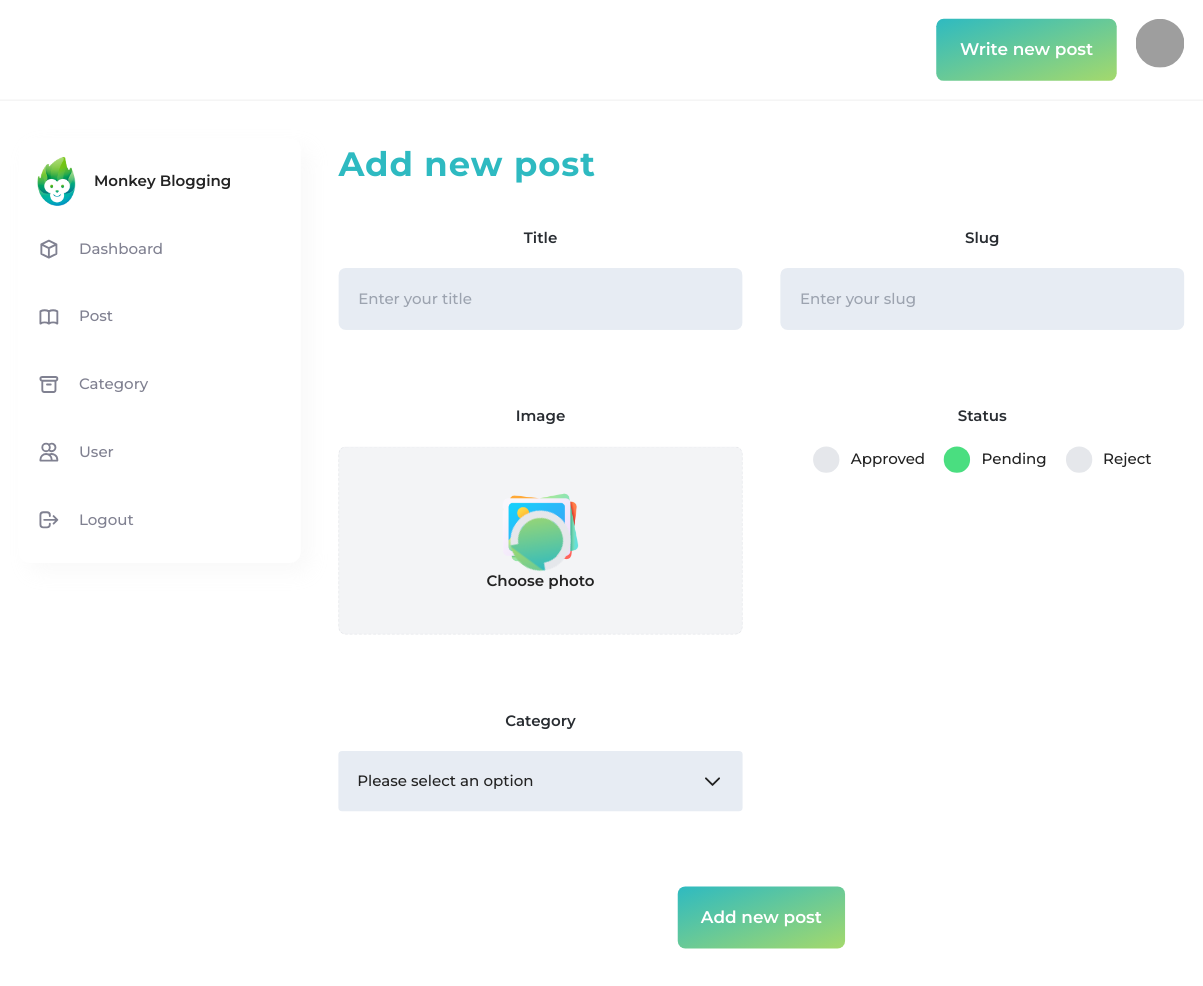
Repository: ThanhPhongsof/react-course-projects
Page: /manage/add-post (app in react-monkey-bloging/)
The author's editor kept a copy of each file at every save. The page is drawn from the files as they stood at one save, then again after the next save.
The browser window is 1280 px wide. The pictures show the whole page, at 94% of full size.
Pictures or frames that could not be fetched are drawn as grey boxes. The project was rebuilt for these pictures with package versions that can differ from the ones it lists, and the page was loaded fresh each time. Also part of the build but not shown: react-monkey-bloging/src/page/AuthenticationPage.js, react-monkey-bloging/src/components/icon/IconEyeOpen.js, react-monkey-bloging/src/components/icon/IconEyeClose.js, react-monkey-bloging/src/components/icon/index.js, react-monkey-bloging/src/components/input/InputPasswordToggle.js, react-monkey-bloging/src/page/SignUpPage.js, react-monkey-bloging/src/page/SignInPage.js, react-monkey-bloging/src/components/layout/Header.js and 21 more. Imported but missing from the stored project, and not drawn on this page: react-monkey-bloging/src/components/loading/LoadingSpinner, react-monkey-bloging/src/module/post/PostMeta.

Above is the page before, as saved 2022-05-09 15:15:51.

After the next save:
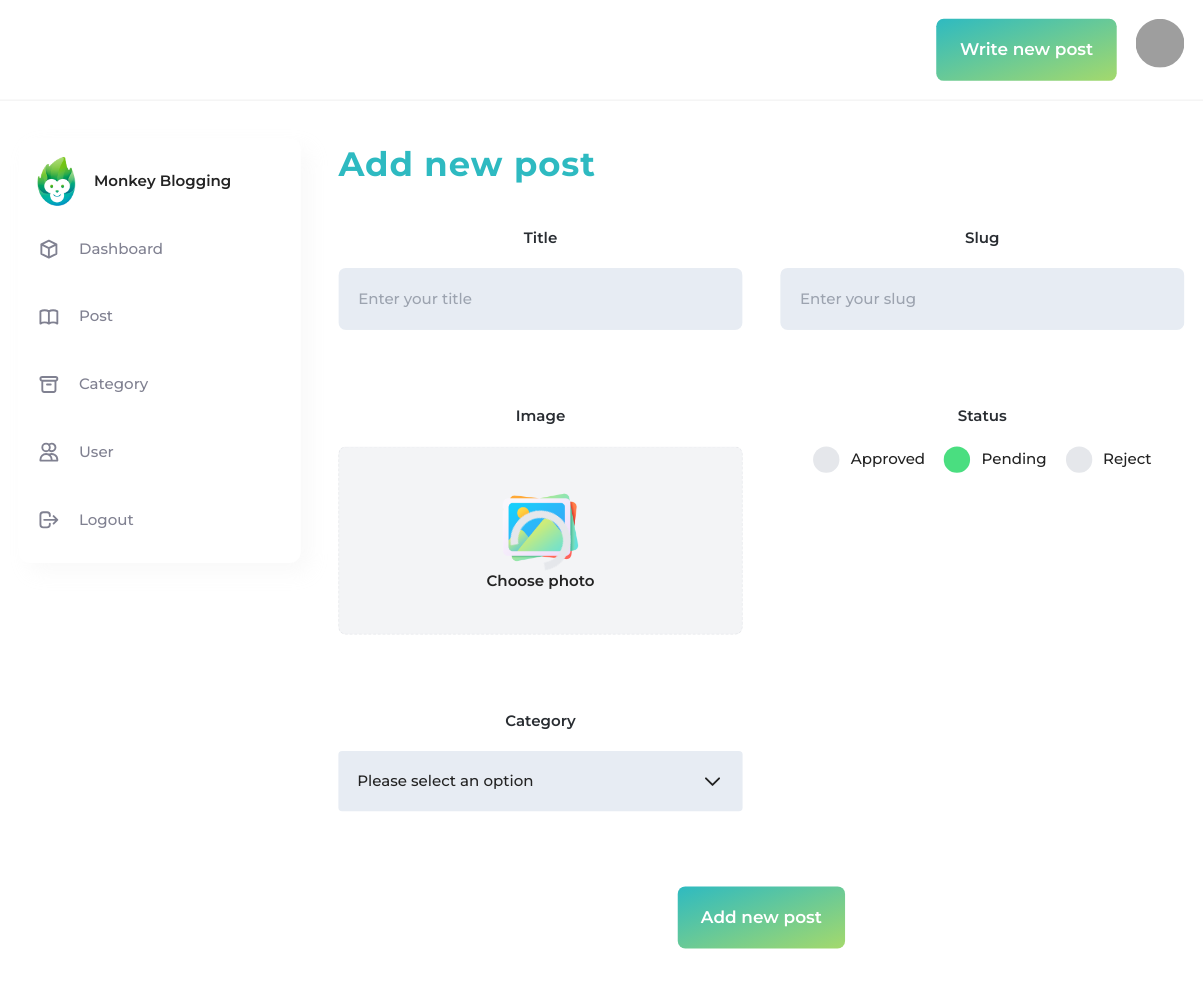
Saved 31 s later.
--- a/react-monkey-bloging/src/components/image/ImageUpload.js
+++ b/react-monkey-bloging/src/components/image/ImageUpload.js
@@ -54,7 +54,7 @@
       height: 64px;
       border-width: 8px;
       /* border-color: rgb(34, 197, 94); */
-      background-image: linear-gradient(
+      border-color: linear-gradient(
         to right bottom,
         ${(props) => props.theme.primary},
         ${(props) => props.theme.secondary}

After the 2 saves that followed:
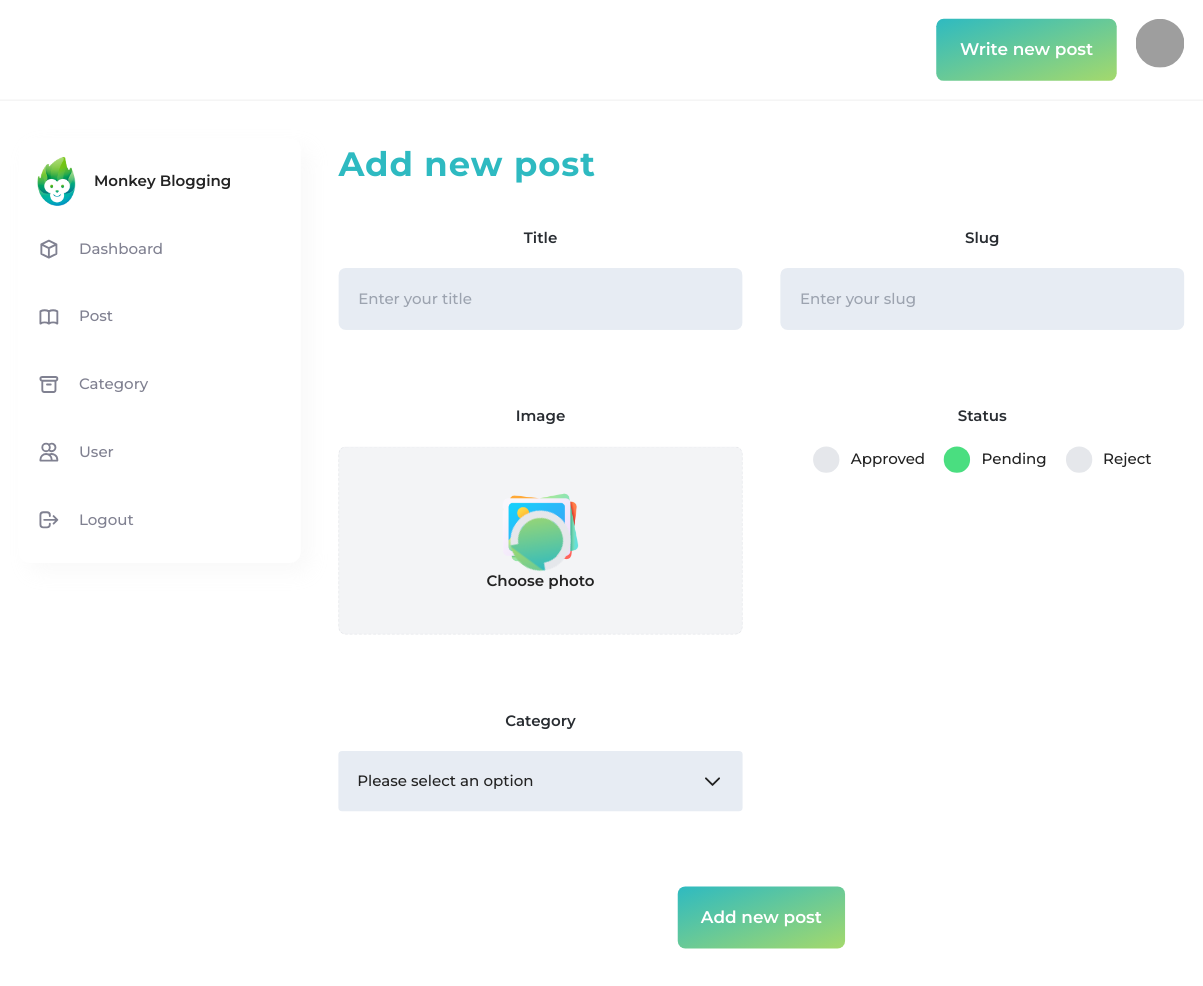
The 2 saves are shown as one change because 1 left the picture as it was.
The last was saved 17 s later.
--- a/react-monkey-bloging/src/components/image/ImageUpload.js
+++ b/react-monkey-bloging/src/components/image/ImageUpload.js
@@ -54,7 +54,7 @@
       height: 64px;
       border-width: 8px;
       /* border-color: rgb(34, 197, 94); */
-      border-color: linear-gradient(
+      background: linear-gradient(
         to right bottom,
         ${(props) => props.theme.primary},
         ${(props) => props.theme.secondary}
